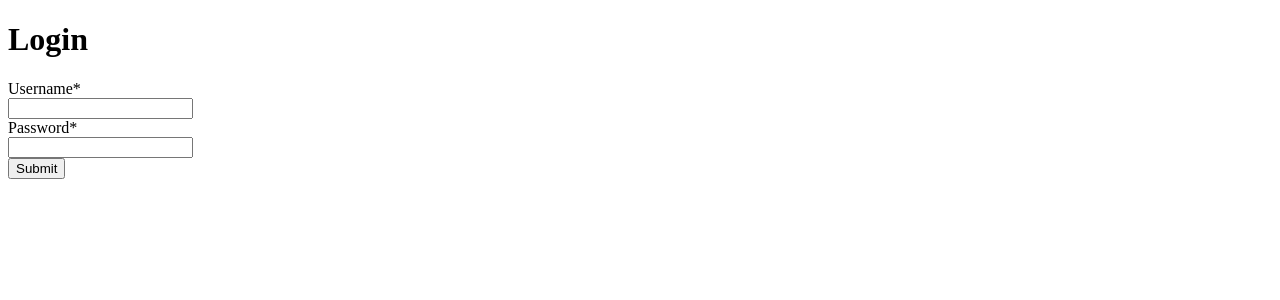
Repository: Knguyen2003/Spring
Page: JavaServlet/Tuan1/PhanNguyenKhoiNguyen_21068021_Tuan1/src/main/webapp/login.html
The author's editor kept a copy of each file at every save. The page is drawn from the files as they stood at one save, then again after the next save.
The browser window is 1280 px wide. The pictures show the whole page.

Above is the page before, as saved 2024-08-21 13:11:27.

After the next save:
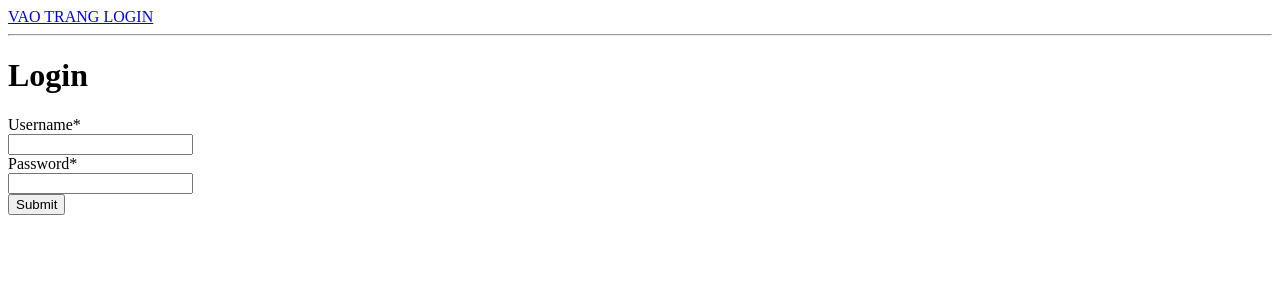
Saved 3 min 23 s later.
--- a/JavaServlet/Tuan1/PhanNguyenKhoiNguyen_21068021_Tuan1/src/main/webapp/login.html
+++ b/JavaServlet/Tuan1/PhanNguyenKhoiNguyen_21068021_Tuan1/src/main/webapp/login.html
@@ -5,6 +5,9 @@
 <title>Insert title here</title>
 </head>
 <body>
+
+    <a href="Login">VAO TRANG LOGIN</a>
+    <hr>
 	<form method="post" action="Login" name="loginForm">
 		<h1>Login</h1>
 		<label>Username*</label> <br>
